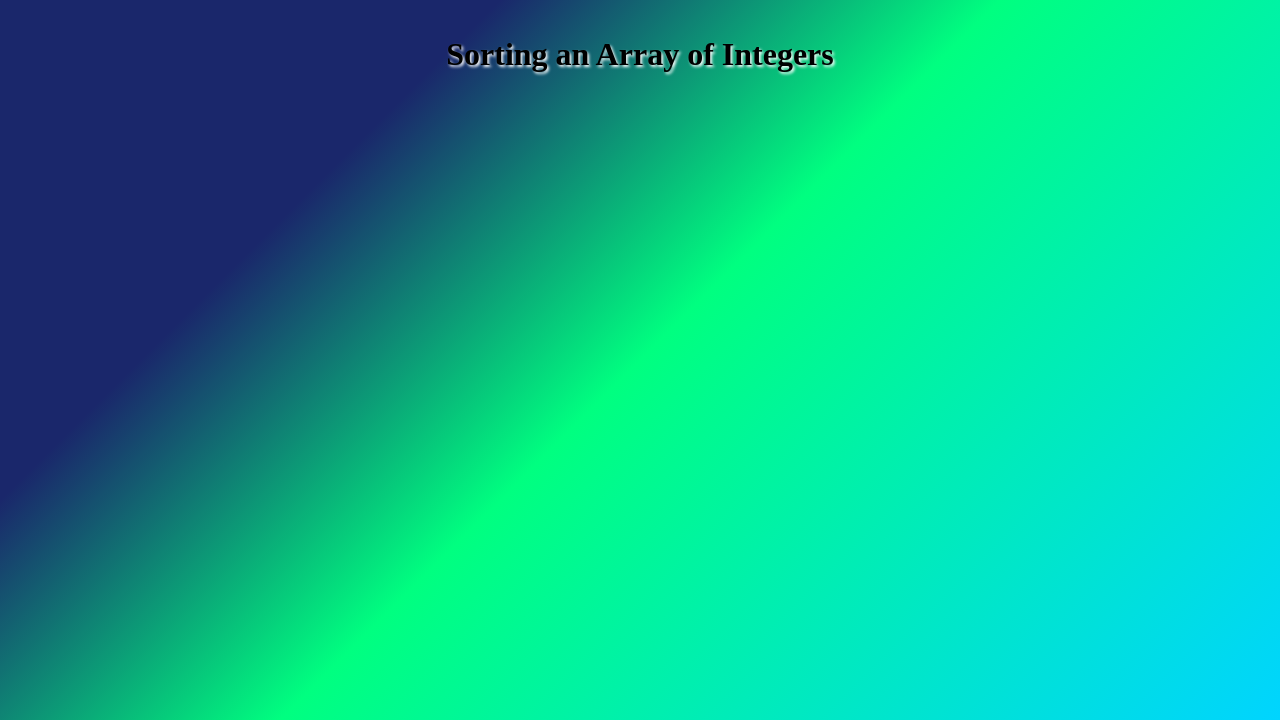
Repository: mlmEFSC21/P16-Sorting-Integers
Page: sort.html
These files come from the project's save history. The page is drawn as it stood at one moment and after the next save; the edit follows.
The browser window is 1280 px wide. The pictures show the whole page.

Above is the page before, as saved 2022-03-26 08:16:45.

After the next save:
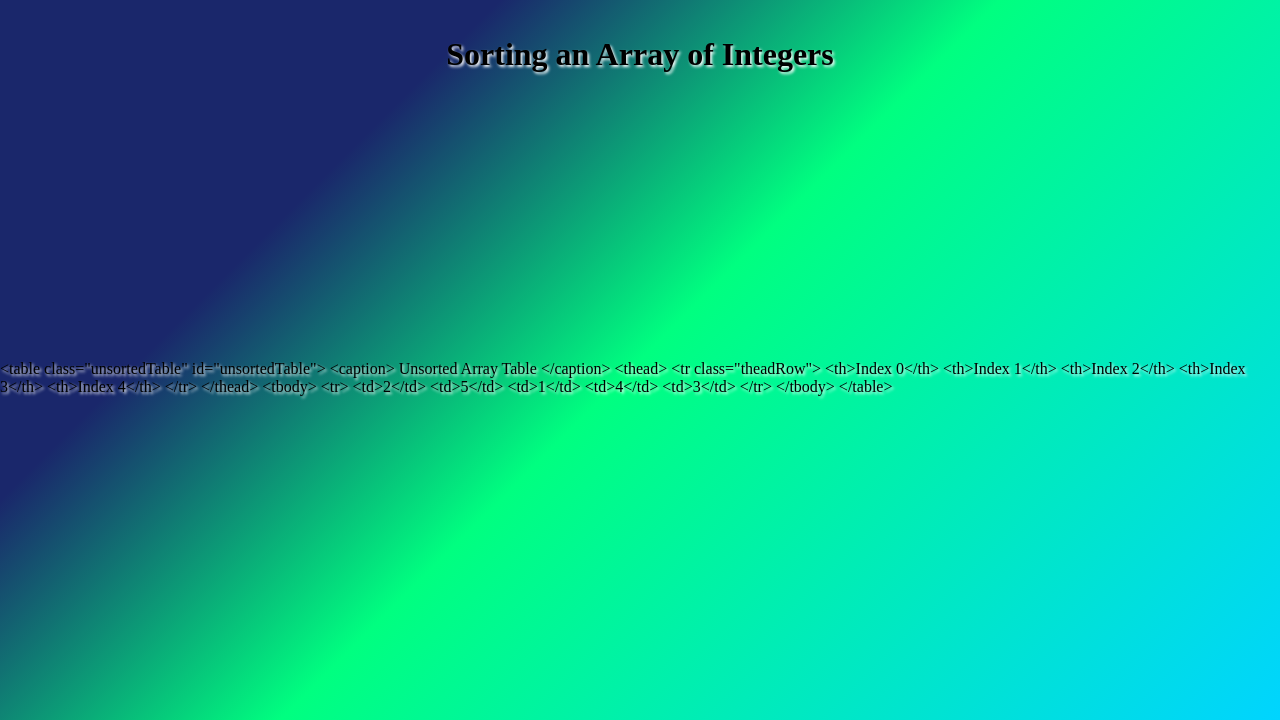
Saved 24 s later.
--- a/sort.js
+++ b/sort.js
@@ -26,6 +26,7 @@ const unsortedTable = `<table class="unsortedTable" id="unsortedTable">
                     </tbody>
                 </table>`;
 
+arrayContainer.append(unsortedTable);
 // const unsortedTable = document.createElement("table");
 // unsortedTable.setAttribute("class", "unsortedTable");
 // arrayContainer.append(unsortedTable);
